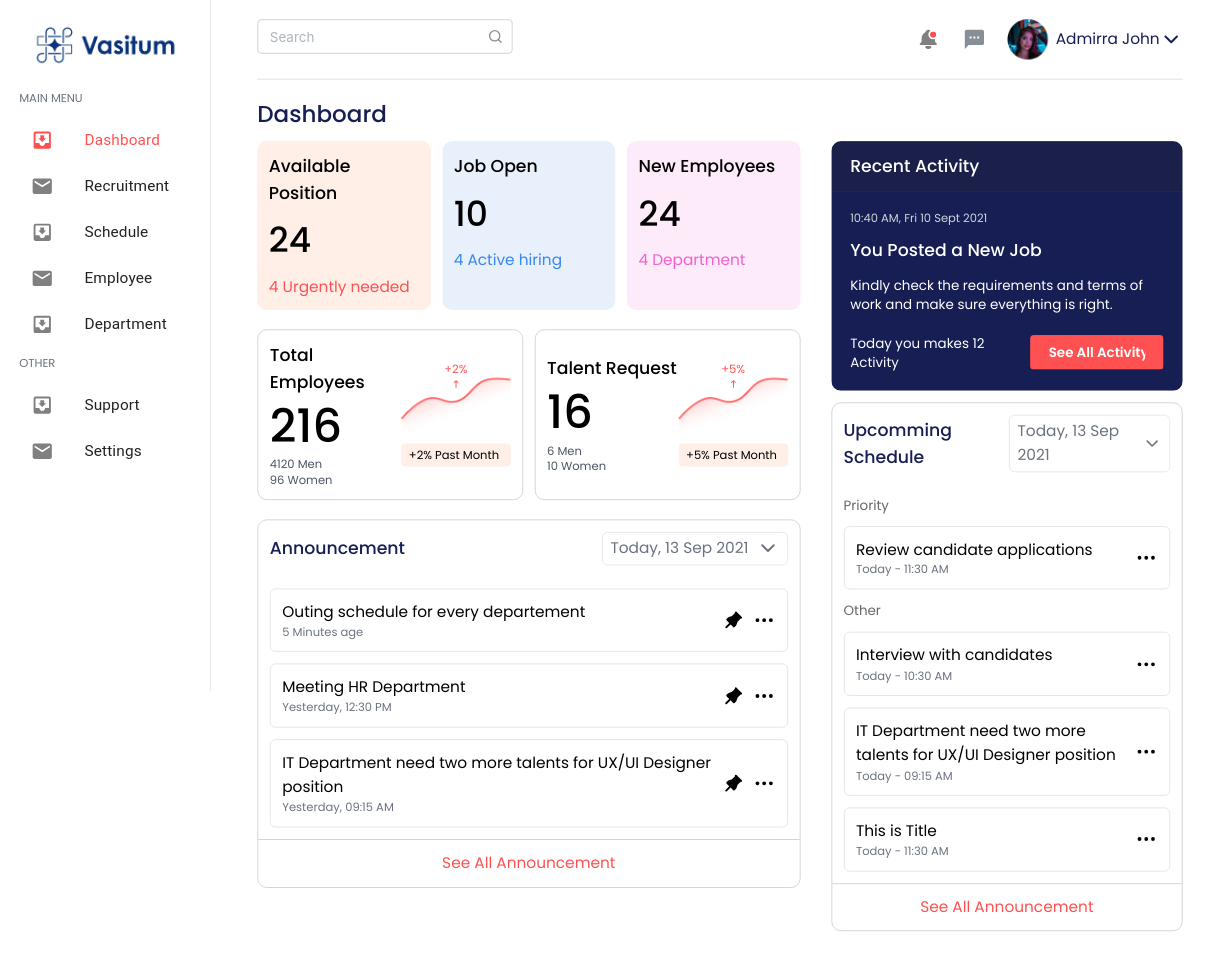
Repository: SatyaDewangan05/sample-dashboard
Page: /
An editor plug-in stored every save of this project. The page is shown before and after the next save, followed by the edit.
The browser window is 1280 px wide. The pictures show the whole page, at 96% of full size.
The project was rebuilt for these pictures with package versions that can differ from the ones it lists, and the page was loaded fresh each time. The framework's server and built-in components were replaced by stand-ins that run in the browser. Also part of the build but not shown: next.config.mjs.

Above is the page before, as saved 2024-09-22 09:24:02.

After the next save:
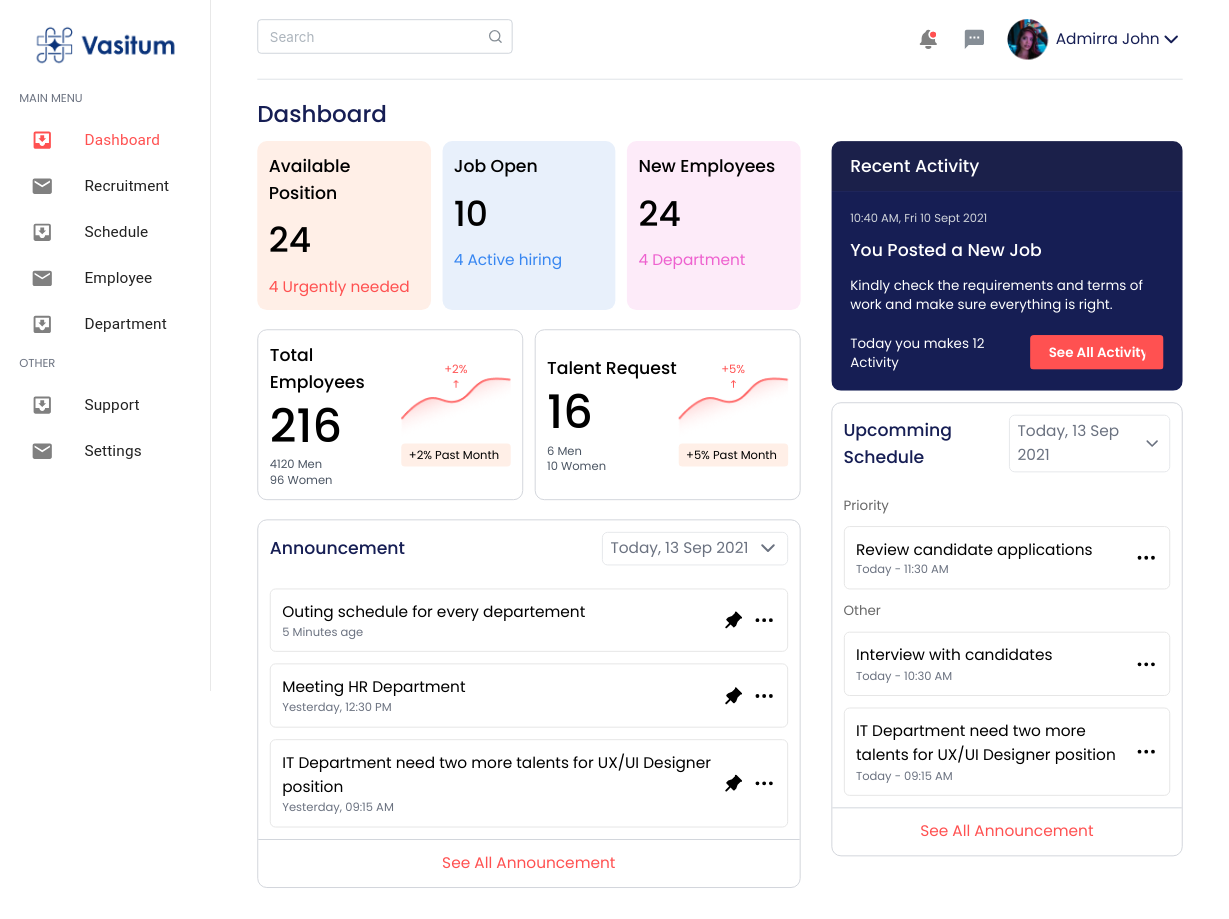
Saved 11 s later.
--- a/src/app/page.jsx
+++ b/src/app/page.jsx
@@ -197,7 +197,6 @@ export default function Home() {
                     text="IT Department need two more talents for UX/UI Designer position"
                     lastUpdate="Today - 09:15 AM"
                   />
-                  <Event text="This is Title" lastUpdate="Today - 11:30 AM" />
                 </div>
                 <Divider color="#d1d5db" />
                 <div className="p-3 text-[#FF5151] text-center hover:text-opacity-60 hover:cursor-pointer">
